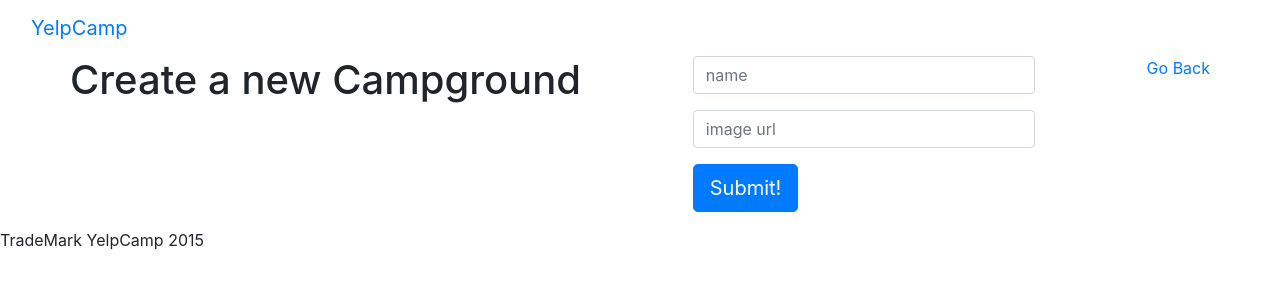
Repository: yshang0/WebDeveloperBootcamp
Page: http://localhost/campgrounds/new
The author's editor kept a record of every edit. The page is drawn from the files as they stood at one moment, then again after the next edit.
The browser window is 1280 px wide. The pictures show the whole page.
The page is served by the project's Node server (YelpCamp/v1/app.js).

Above is the page before.

After the next edit:
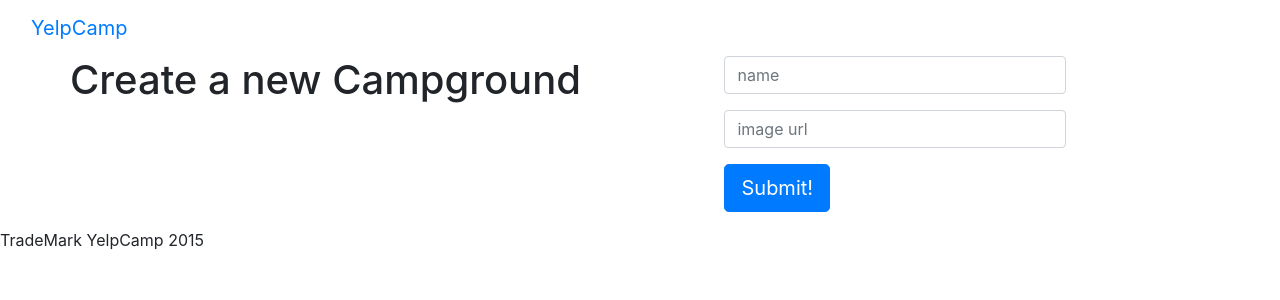
The edit:
--- a/PhotoShow/YelpCamp/v1/views/new.ejs
+++ b/PhotoShow/YelpCamp/v1/views/new.ejs
@@ -18,7 +18,7 @@
 
         </div>
 
-        <a href="/campgrounds">Go Back</a>
+
     </div>
 
 
